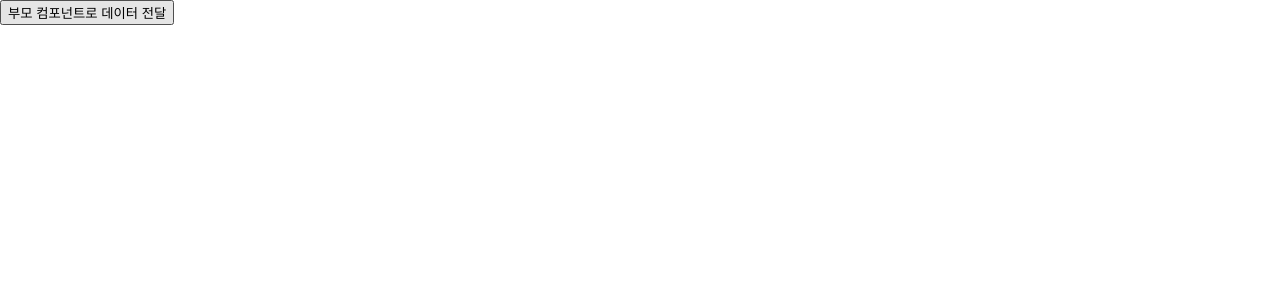
Repository: sojihwan/React
Page: / (app in test/)
The author's editor kept a copy of each file at every save. The page is drawn from the files as they stood at one save, then again after the next save.
The browser window is 1280 px wide. The pictures show the whole page.
The project was rebuilt for these pictures with package versions that can differ from the ones it lists, and the page was loaded fresh each time.

Above is the page before, as saved 2022-05-16 16:14:56.

After the next save:
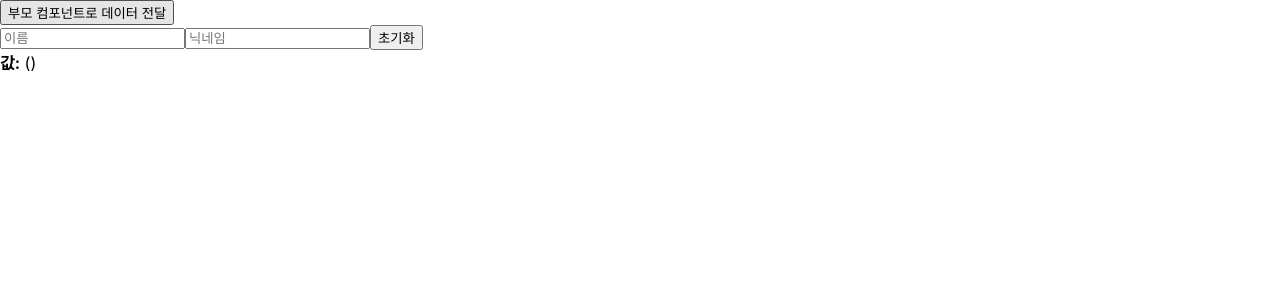
Saved 26 min 38 s later.
--- a/test/src/App.js
+++ b/test/src/App.js
@@ -1,11 +1,13 @@
 import React , { useState } from 'react';
 import ChildrenComponent from './code/ChildrenComponent';
+import InputSample from './code/InputSample';
 
 function ParentComponent(){
   const [value, setValue] = useState("");
   return(
     <div>
       <ChildrenComponent setValue={setValue}></ChildrenComponent>
+      <InputSample value={value}></InputSample>
       <p>{value}</p>
     </div>
     )
